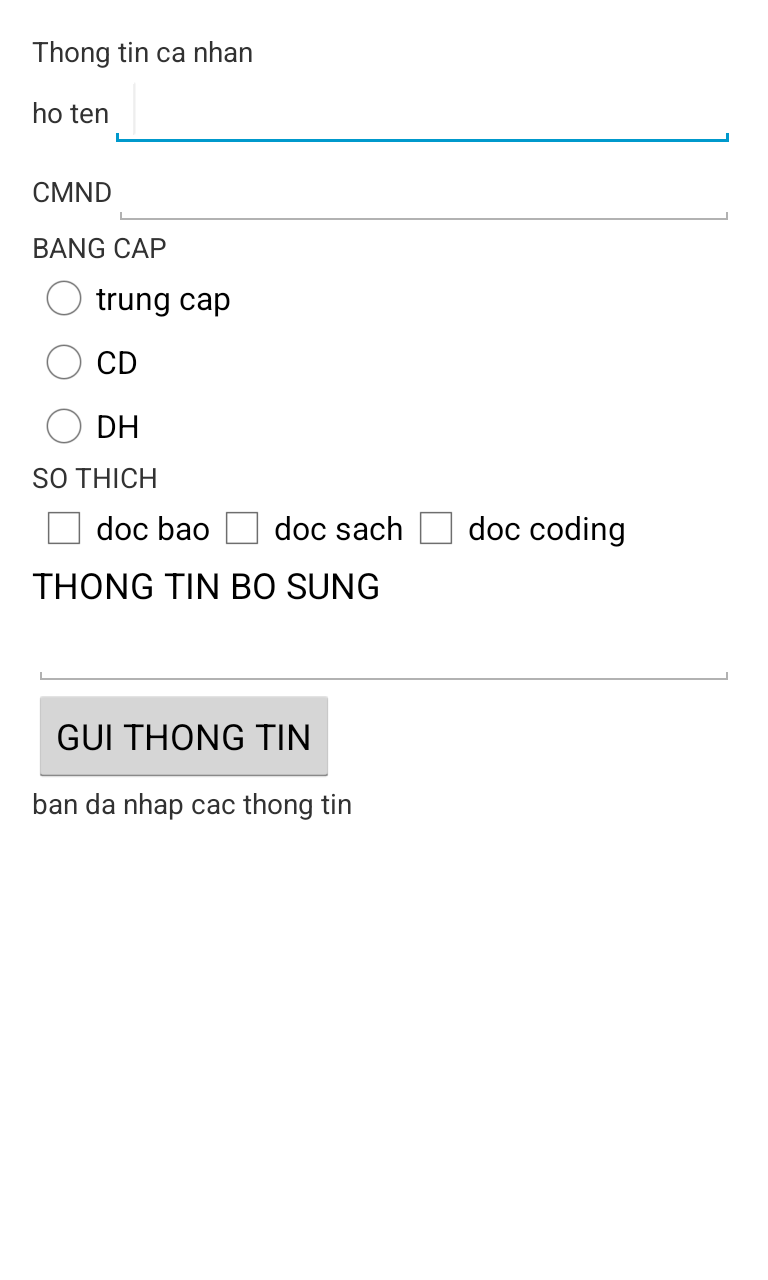
Repository: DoTrungKien96/Android
Layout: Baitap Android/bai11_hoso/res/layout/activity_main.xml
These files come from the project's save history. The layout is drawn as it stood at one moment and after the next save; the edit follows.
It is drawn on a 768 x 1280 px phone screen (xhdpi) without system bars, with theme AppTheme; the app's code is not run.

Above is the layout before, as saved 2017-05-07 04:04:42.

After the next save:
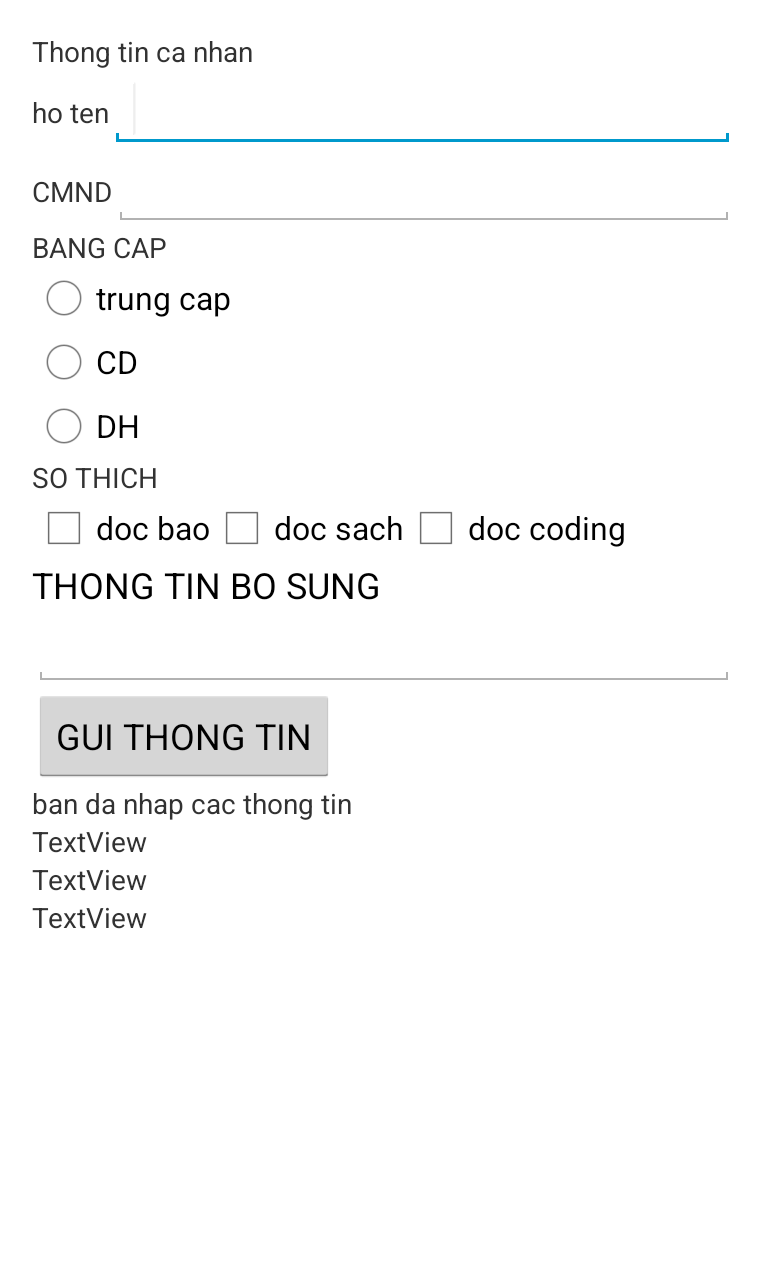
Saved 13 min 12 s later.
--- a/Baitap Android/bai11_hoso/res/layout/activity_main.xml
+++ b/Baitap Android/bai11_hoso/res/layout/activity_main.xml
@@ -139,9 +139,27 @@
         android:text="GUI THONG TIN" />
 
     <TextView
-        android:id="@+id/txtkq"
+        android:id="@+id/txthoten"
         android:layout_width="wrap_content"
         android:layout_height="wrap_content"
         android:text="ban da nhap cac thong tin" />
 
+    <TextView
+        android:id="@+id/txtBangCap"
+        android:layout_width="wrap_content"
+        android:layout_height="wrap_content"
+        android:text="TextView" />
+
+    <TextView
+        android:id="@+id/txtSoThich"
+        android:layout_width="wrap_content"
+        android:layout_height="wrap_content"
+        android:text="TextView" />
+
+    <TextView
+        android:id="@+id/txtBoSung"
+        android:layout_width="wrap_content"
+        android:layout_height="wrap_content"
+        android:text="TextView" />
+
 </LinearLayout>
